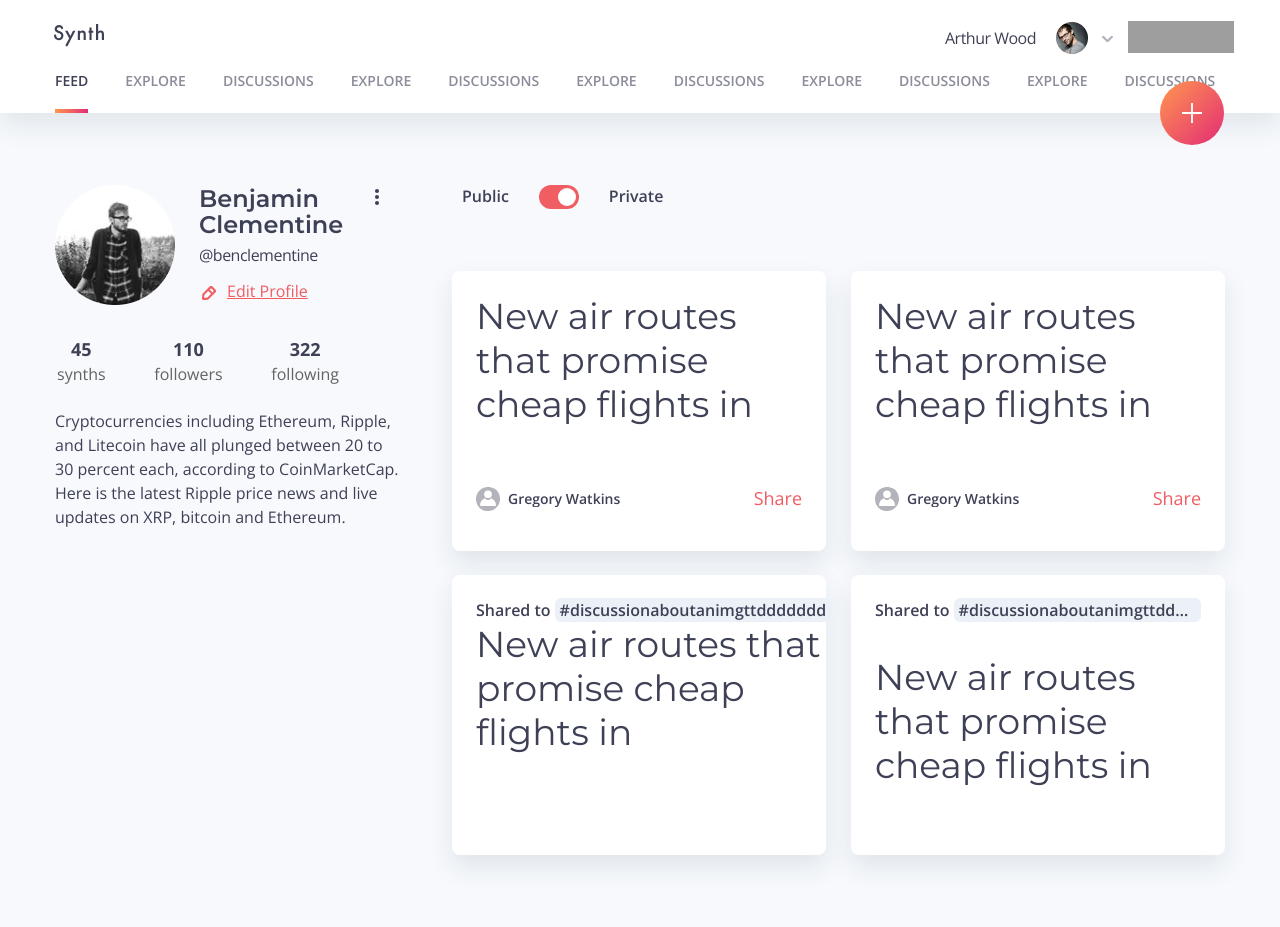
Repository: ecspetra/swivl-test-task
Page: index.html
The author's editor kept a copy of each file at every save. The page is drawn from the files as they stood at one save, then again after the next save.
The browser window is 1280 px wide. The pictures show the whole page.
Pictures or frames that could not be fetched are drawn as grey boxes. The style sheet was rebuilt from its Sass, Less or Tailwind sources for each picture, by a compiler version that may differ from the author's.

Above is the page before, as saved 2021-12-11 11:16:33.

### index.html
<!DOCTYPE html>
<html lang="en">

<head>
    <meta charset="UTF-8">
    <meta http-equiv="X-UA-Compatible" content="IE=edge">
    <meta name="viewport" content="width=device-width, initial-scale=1.0">
    <link rel="stylesheet" href="css/style.css">
    <link rel="preconnect" href="https://fonts.googleapis.com">
    <link rel="preconnect" href="https://fonts.gstatic.com" crossorigin>
    <link
        href="https://fonts.googleapis.com/css2?family=Montserrat:wght@400;600&family=Open+Sans:wght@400;600;700&display=swap"
        rel="stylesheet">
    <script src="https://code.jquery.com/jquery-3.6.0.min.js"
        integrity="sha256-/xUj+3OJU5yExlq6GSYGSHk7tPXikynS7ogEvDej/m4=" crossorigin="anonymous"></script>
    <title>Synth User Profile</title>
</head>

<body>
    <header>
        <div class="header">
            <div class="header__logo-wrapper">
                <img class="header__logo" src="img/synth-logotype.svg" alt="synth-logotype">
            </div>
            <div class="header__profile">
                <div class="header__user">
                    <p class="header__username">Arthur Wood</p>
                    <div class="header__avatar-wrapper">
                        <img class="header__avatar" src="img/header-avatar.png" alt="avatar">
                    </div>
                </div>
                <div class="header__icons">
                    <div class="header__icon-wrapper">
                        <img class="header__notifications-icon" src="img/notifications.svg" alt="notifications">
                    </div>
                    <div class="header__icon-wrapper">
                        <img class="header__share-icon" src="img/share.svg" alt="share">
                    </div>
                    <div class="header__icon-wrapper">
                        <img class="header__medium-icon" src="img/medium.svg" alt="medium">
                    </div>
                </div>
            </div>
            <div class="header__btn-wrapper">
                <button class="header__btn">
                    <img class="header__plus-icon" src="img/plus-icon.svg" alt="plus-btn">
                </button>
            </div>
        </div>
        <div class="header__navigation-wrapper">
            <nav class="header__navigation">
                <ul class="navigation-list">
                    <li><a href="#" class="navigation-list__item navigation-list__item__active">Feed</a></li>
                    <li><a href="#" class="navigation-list__item">Explore</a></li>
                    <li><a href="#" class="navigation-list__item">Discussions</a></li>
                    <li><a href="#" class="navigation-list__item">Explore</a></li>
                    <li><a href="#" class="navigation-list__item">Discussions</a></li>
                    <li><a href="#" class="navigation-list__item">Explore</a></li>
                    <li><a href="#" class="navigation-list__item">Discussions</a></li>
                    <li><a href="#" class="navigation-list__item">Explore</a></li>
                    <li><a href="#" class="navigation-list__item">Discussions</a></li>
                    <li><a href="#" class="navigation-list__item">Explore</a></li>
                    <li><a href="#" class="navigation-list__item">Discussions</a></li>
                </ul>
            </nav>
        </div>
    </header>
    <main>
        <section>
            <div class="profile">
                <div class="profile__user-details">
                    <div class="profile__general">
                        <div class="profile__avatar-wrapper">
                            <img class="profile__avatar" src="img/profile-avatar.png" alt="avatar">
                        </div>
                        <div class="profile__name-wrapper">
                            <h2 class="profile__name">Benjamin Clementine</h2>
                            <div class="profile__dots-wrapper">
                                <img class="profile__dots" src="img/dots.svg" alt="show-actions">
                                <div class="profile__dots-content-wrapper">
                                    <div class="profile__dots-content">
                                        <ul class="profile__dots-options-list">
                                            <li class="profile__dots-option-wrapper"><a class="profile__dots-option"
                                                    id="report-user" href="#">Report User</a></li>
                                            <li class="profile__dots-option-wrapper"><a class="profile__dots-option"
                                                    id="block-user" href="#">Block User</a></li>
                                        </ul>
                                    </div>
                                </div>

                            </div>
                        </div>
                        <p class="profile__instagram">@benclementine</p>
                        <div class="profile__edit-btn-wrapper">
                            <a class="profile__edit-btn" href="#">Edit Profile</a>
                        </div>
                    </div>
                    <div class="profile__statistics">
                        <p class="profile__synths"><span>45</span><br>synths</p>
                        <p class="profile__followers"><span>110</span><br>followers</p>
                        <p class="profile__following"><span>322</span><br>following</p>
                    </div>
                    <p class="profile__description">Cryptocurrencies including Ethereum, Ripple, and Litecoin have all
                        plunged between 20 to 30 percent each, according to CoinMarketCap. Here is the latest Ripple
                        price news and live updates on XRP, bitcoin and Ethereum.</p>
                </div>
                <div class="profile__switcher-wrapper">
                    <div class="profile__switcher">
                        <p class="profile__switcher-option off-option">Public</p>
                        <div class="switcher">
                            <label class="switcher__label">
                                <input class="switcher__checkbox" type="checkbox" checked>
                                <span class="switcher__slider"></span>
                            </label>
                        </div>
                        <p class="profile__switcher-option on-option">Private</p>
                    </div>
                </div>
                <div class="profile__cards-wrapper">
                    <article class="profile-card">
                        <h1 class="profile-card__headline">New air routes that promise cheap flights in</h1>
                        <div class="profile-card__bottom">
                            <div class="profile-card__author-wrapper">
                                <div class="profile-card__author-photo">
                                    <img class="profile-card__author" src="img/user-default.svg" alt="author">
                                </div>
                                <a class="profile-card__author-name" href="#">Gregory Watkins</a>
                            </div>
                            <div class="profile-card__actions-wrapper">
                                <div class="profile-card__share-wrapper">
                                    <a class="profile-card__share-link" href="#">Share</a>
                                </div>
                            </div>
                        </div>
                    </article>
                    <article class="profile-card">
                        <h1 class="profile-card__headline">New air routes that promise cheap flights in</h1>
                        <div class="profile-card__bottom">
                            <div class="profile-card__author-wrapper">
                                <div class="profile-card__author-photo">
                                    <img class="profile-card__author" src="img/user-default.svg" alt="author">
                                </div>
                                <a class="profile-card__author-name" href="#">Gregory Watkins</a>
                            </div>
                            <div class="profile-card__actions-wrapper">
                                <div class="profile-card__share-wrapper">
                                    <a class="profile-card__share-link" href="#">Share</a>
                                </div>
                            </div>
                        </div>
                    </article>
                    <!-- <article class="profile-card">
                        <p class="profile-card__top">Shared to <span>#discussionaboutanimgttddddddd</span></p>
                        <h1 class="profile-card__headline">New air routes that promise cheap flights in</h1>
                        <div class="profile-card__bottom">
                            <div class="profile-card__author-wrapper">
                                <div class="profile-card__author-photo">
                                    <img class="profile-card__author" src="img/user-default.svg" alt="author">
                                </div>
                                <a class="profile-card__author-name" href="#">Gregory Watkins</a>
                            </div>
                            <div class="profile-card__actions-wrapper">
                                <div class="profile-card__icon-wrapper">
                                    <img class="profile-card__icon" src="img/icon_view.svg" alt="view-icon">
                                    <p class="profile-card__icon-counter">88</p>
                                </div>
                                <div class="profile-card__icon-wrapper">
                                    <img class="profile-card__icon" src="img/icon-like.svg" alt="like-icon">
                                    <p class="profile-card__icon-counter">24</p>
                                </div>
                            </div>
                        </div>
                    </article>
                    <article class="profile-card">
                        <p class="profile-card__top weblink-shared">Shared via weblink</p>
                        <h1 class="profile-card__headline">New air routes that promise cheap flights in</h1>
                        <div class="profile-card__bottom">
                            <div class="profile-card__author-wrapper">
                                <div class="profile-card__author-photo">
                                    <img class="profile-card__author" src="img/user-default.svg" alt="author">
                                </div>
                                <a class="profile-card__author-name" href="#">Gregory Watkins</a>
                            </div>
                            <div class="profile-card__actions-wrapper">
                                <div class="profile-card__icon-wrapper">
                                    <img class="profile-card__icon" src="img/icon_view.svg" alt="view-icon">
                                    <p class="profile-card__icon-counter">88</p>
                                </div>
                                <div class="profile-card__icon-wrapper">
                                    <img class="profile-card__icon" src="img/icon-like.svg" alt="like-icon">
                                    <p class="profile-card__icon-counter">24</p>
                                </div>
                            </div>
                        </div>
                    </article> -->

                    <article class="profile-card">

                        <div class="">
                            <p class="profile-card__top">Shared to <span>#discussionaboutanimgttddddddd</span></p>
                            <h1 class="profile-card__headline">New air routes that promise cheap flights in</h1>
                            <!-- <div class="profile-card__bottom">
                            <div class="profile-card__author-wrapper">
                                <div class="profile-card__author-photo">
                                    <img class="profile-card__author" src="img/user-default.svg" alt="author">
                                </div>
                                <a class="profile-card__author-name" href="#">Gregory Watkins</a>
                            </div>
                            <div class="profile-card__actions-wrapper">
                                <div class="profile-card__icon-wrapper">
                                    <img class="profile-card__icon" src="img/icon_view.svg" alt="view-icon">
                                    <p class="profile-card__icon-counter">88</p>
                                </div>
                                <div class="profile-card__icon-wrapper">
                                    <img class="profile-card__icon" src="img/icon-like.svg" alt="like-icon">
                                    <p class="profile-card__icon-counter">24</p>
                                </div>
                            </div>
                        </div> -->
                        </div>

                    </article>
                    <article class="profile-card">
                        <p class="profile-card__top">Shared to <span>#discussionaboutanimgttddddddd</span></p>
                        <h1 class="profile-card__headline">New air routes that promise cheap flights in</h1>
                        <!-- <div class="profile-card__bottom">
                            <div class="profile-card__author-wrapper">
                                <div class="profile-card__author-photo">
                                    <img class="profile-card__author" src="img/user-default.svg" alt="author">
                                </div>
                                <a class="profile-card__author-name" href="#">Gregory Watkins</a>
                            </div>
                            <div class="profile-card__actions-wrapper">
                                <div class="profile-card__icon-wrapper">
                                    <img class="profile-card__icon" src="img/icon_view.svg" alt="view-icon">
                                    <p class="profile-card__icon-counter">88</p>
                                </div>
                                <div class="profile-card__icon-wrapper">
                                    <img class="profile-card__icon" src="img/icon-like.svg" alt="like-icon">
                                    <p class="profile-card__icon-counter">24</p>
                                </div>
                            </div>
                        </div> -->
                    </article>

                </div>
            </div>
        </section>
    </main>

    <script src="js/script.js"></script>
</body>

</html>

Loaded but not shown: js/script.js (13 lines, source omitted); scss/style.scss (864 lines, source omitted)

After the next save:
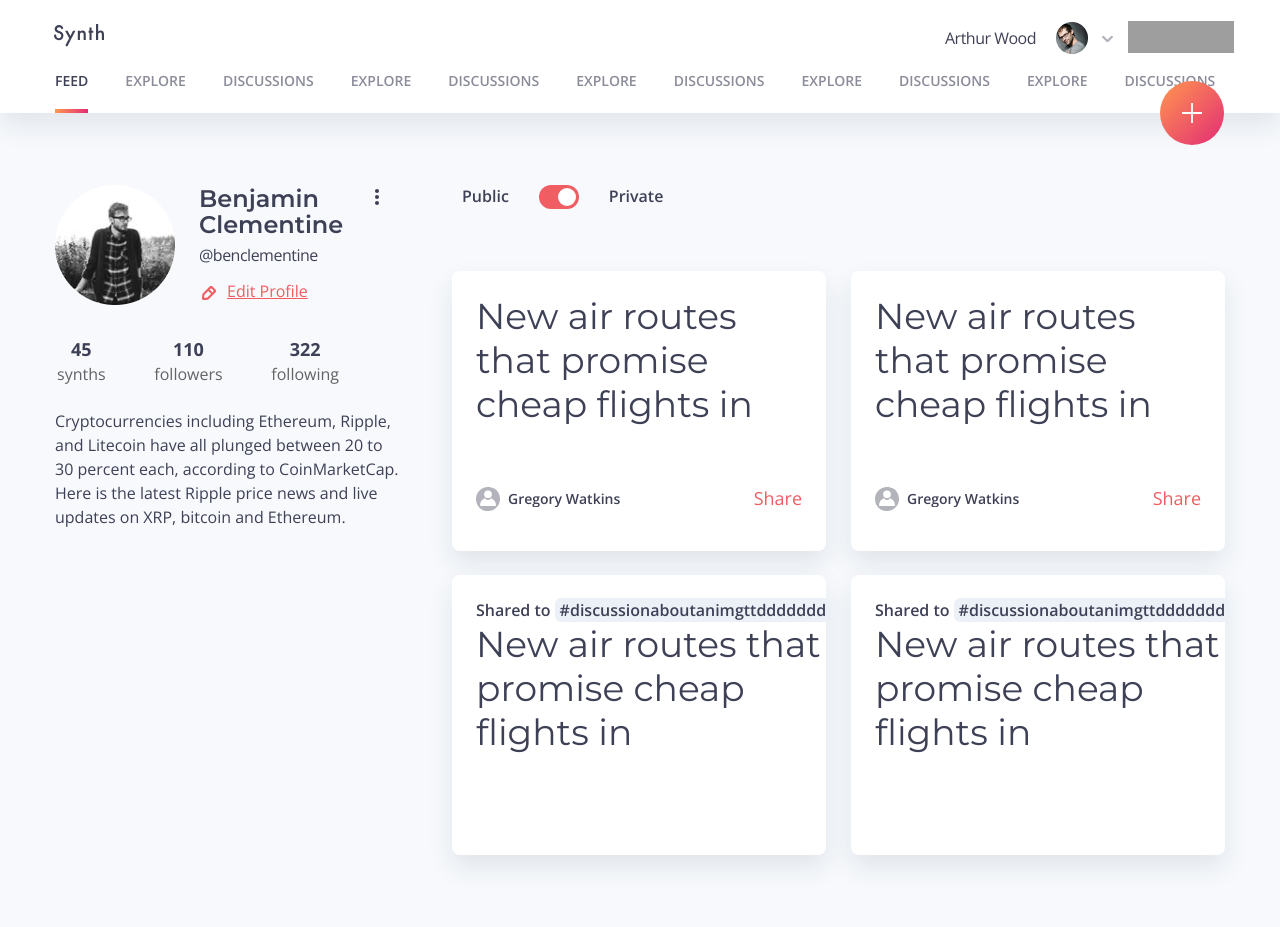
Saved 7 s later.
--- a/index.html
+++ b/index.html
@@ -221,9 +221,10 @@
 
                     </article>
                     <article class="profile-card">
-                        <p class="profile-card__top">Shared to <span>#discussionaboutanimgttddddddd</span></p>
-                        <h1 class="profile-card__headline">New air routes that promise cheap flights in</h1>
-                        <!-- <div class="profile-card__bottom">
+                        <div class="">
+                            <p class="profile-card__top">Shared to <span>#discussionaboutanimgttddddddd</span></p>
+                            <h1 class="profile-card__headline">New air routes that promise cheap flights in</h1>
+                            <!-- <div class="profile-card__bottom">
                             <div class="profile-card__author-wrapper">
                                 <div class="profile-card__author-photo">
                                     <img class="profile-card__author" src="img/user-default.svg" alt="author">
@@ -241,6 +242,8 @@
                                 </div>
                             </div>
                         </div> -->
+                        </div>
+
                     </article>
 
                 </div>
